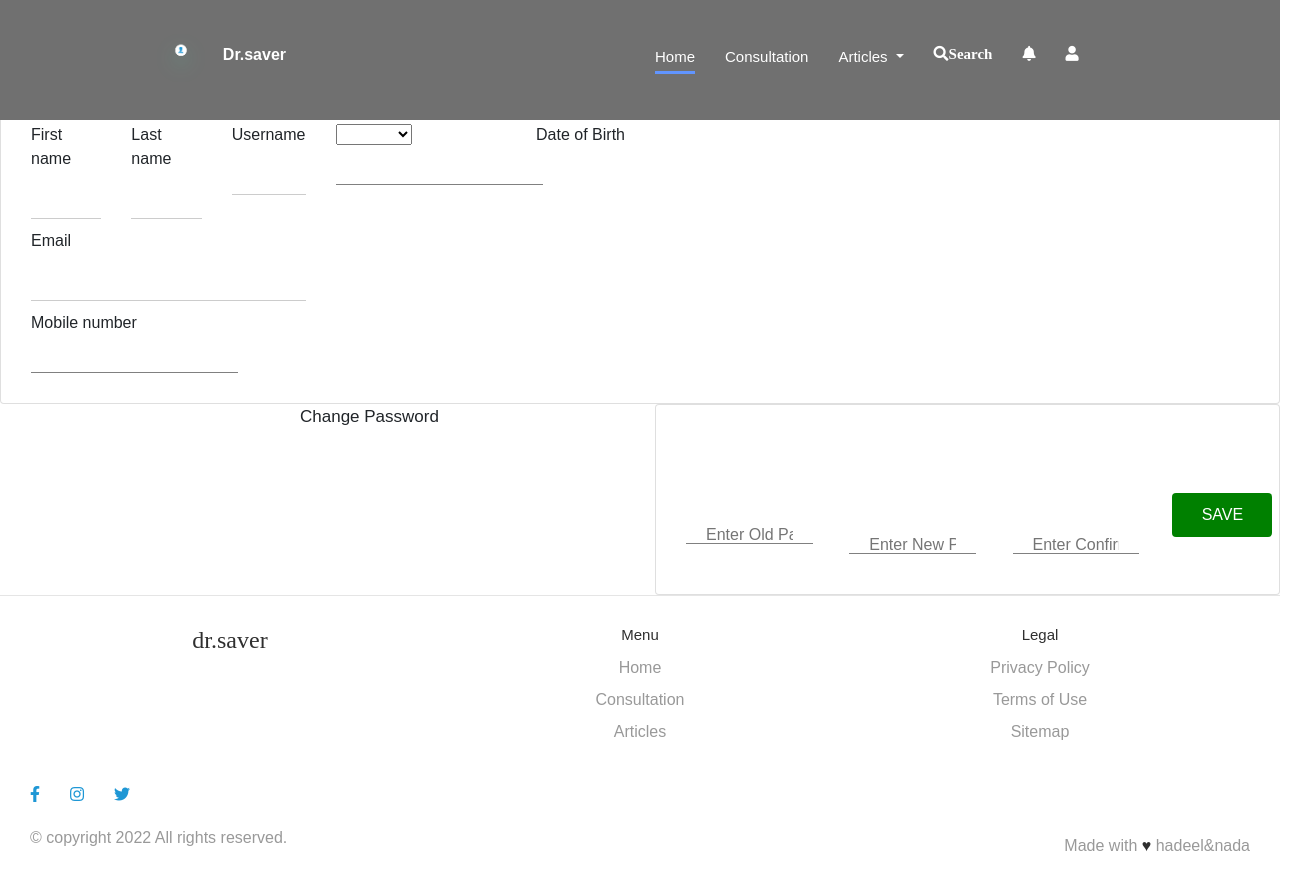
Repository: nsra/hadeel_doctor_system
Page: patient/Pprofile.html
These files come from the project's save history. The page is drawn as it stood at one moment and after a run of saves; the edit follows.
The browser window is 1280 px wide. The page is 1295 px wide, so the pictures cover 1295 px, including what lies to the right of the window. The pictures show the whole page.
Some web fonts or font styles are not loaded; a fallback is used. Some web libraries are served in a nearby version.

Above is the page before, as saved 2022-03-25 14:20:27.

### patient/Pprofile.html
<!DOCTYPE html>
<html lang="en">
<head>
    <meta charset="UTF-8">
    <meta http-equiv="content-type" content="text/html; charset=UTF-8">
    <title>DrSaver</title>
    <link rel="shortcut icon" href="../assets/img/doctor.png" type="image/x-icon">
    <link rel="stylesheet" href="https://maxcdn.bootstrapcdn.com/bootstrap/4.0.0/css/bootstrap.min.css" integrity="sha384-Gn5384xqQ1aoWXA+058RXPxPg6fy4IWvTNh0E263XmFcJlSAwiGgFAW/dAiS6JXm" crossorigin="anonymous">
    <link rel="stylesheet" href="https://pro.fontawesome.com/releases/v5.10.0/css/all.css" integrity="sha384-AYmEC3Yw5cVb3ZcuHtOA93w35dYTsvhLPVnYs9eStHfGJvOvKxVfELGroGkvsg+p" crossorigin="anonymous"/>
    <link rel="stylesheet" href="../assets/css/style.css" type="text/css">
    <link rel="preconnect" href="https://fonts.gstatic.com">
    <link href="https://fonts.googleapis.com/css2?family=Tajawal:wght@700&display=swap" rel="stylesheet">
    <meta name="viewport" content="width=device-width, initial-scale=1, shrink-to-fit=no">
</head>
<body>

    <!--header-->
    <div class="header" style=" background-color: #707070;">
         <div class="container" >
<div class="header-content">
    <div class="logo">
        <img src=" ../assets/img/l2.png"  alt="logo image" draggable="false">
        <b>Dr.saver</b>
     </div>
       <ul class="nav">
         <li><a href="#" class="active">Home</a></li>
         <li><a href="#" >Consultation</a></li>
           <li class="nav-item dropdown">
            <a class="nav-link dropdown-toggle" href="#" id="navbarDropdown" role="button" data-toggle="dropdown" aria-haspopup="true" aria-expanded="false">
                Articles
            </a>
            <div class="dropdown-menu" aria-labelledby="navbarDropdown">
              <a class="dropdown-item" href="#">Action</a>
              <a class="dropdown-item" href="#">Another action</a>
              <div class="dropdown-divider"></div>
              <a class="dropdown-item" href="#">Something else here</a>
            </div>
          </li>
         <li><a href="#"class="icon fa fa-search fa-2x" >Search</a></li>

 <li><a href="#"class="icon fa fa-bell" >  </a></li>
          <li><a href="#"class="icon fa fa-user fa-2x" > </a></li>






     </ul>
     <div class="clear"></div>
</div>
  </div>
    </div>
     <!--profile section-->

        <main class="mn-inner">
            <div class="row">

                <div class="col s12 m12 l12">
                    <div class="card">
                        <div class="card-content">
                            <form id="example-form" method="post" name="updatemp">
                                <div>
                                    <h3>Personal Profile</h3>

                                    <section>
                                        <div class="wizard-content">
                                            <div class="row">
                                                <div class="col m6">
                                                    <div class="row">


<div class="input-field col m6 s12">
<label for="firstName">First name</label>
<input id="firstName" name="firstName"  "  type="text" required>
</div>

<div class="input-field col m6 s12">
<label for="lastName">Last name </label>
<input id="lastName" name="lastName" value="" type="text" autocomplete="off" required>
</div>

<div class="input-field col s12">

<label for="userName">Username </label>
<input id="userName" name="userName" value="" type="text" autocomplete="off" required>
    </div>

<div class="input-field col s12">
<label for="email">Email</label>
<input  name="email" type="email" id="email" value=" " readonly autocomplete="off" required>
<span id="emailid-availability" style="font-size:12px;"></span>
</div>

<div class="input-field col s12">
<label for="phone">Mobile number</label>
<input id="phone" name="mobileno" type="tel" value=" " maxlength="10" autocomplete="off" required>
</div>

</div>
</div>

<div class="col m6">
<div class="row">
<div class="input-field col m6 s12">
<select  name="gender" autocomplete="off">
<option value=""></option>
<option value="Male">Male</option>
<option value="Female">Female</option>

</select>
</div>
<label for="birthdate">Date of Birth</label>
<div class="input-field col m6 s12">

<input id="birthdate" name="dob"  class="datepicker" value="" >
</div>


                                                    </div>
                                                </div>
                                            </div>
                                        </div>
                                    </section>


                                    </section>
                                </div>
                            </form>
                        </div>
                    </div>
                </div>
            </div>


        <div class="row">
        <br>
            <div class="col s12">
            <div class="page-title" style="  padding-left: 300px;   font-size: 17px;">Change Password</div>
            </div>
            <div class="col s12 m12 l6">
                <div class="card">
                    <div class="card-content">

                        <div class="row">
                        <form class="col s12" name="chngpwd" method="post">

                                <div class="row">
                                    <div class="input-field col s12">

<input id="password" type="password" placeholder="Enter Old Password" style="width:95%;padding-top:40px;margin-left:30px;border:none;border-bottom:1px solid gray;padding-bottom:8px;outline:none"  class="validate" autocomplete="off" name="password"  required>

                                    </div>

<div class="input-field col s12">

<input id="password" type="password" placeholder="Enter New Password"  name="newpassword" class="validate" style="width:95%;padding-top:40px;margin-left:30px;border:none;border-bottom:1px solid gray;padding-bottom:8px;margin-top:20px;outline:none" autocomplete="off" required>

                                    </div>

<div class="input-field col s12">

<input id="password" type="password"placeholder="Enter Confirm Password" name="confirmpassword" class="validate" autocomplete="off"style="width:95%;padding-top:40px;margin-left:30px;border:none;border-bottom:1px solid gray;padding-bottom:8px;margin-top:20px;outline:none" required>

</div>
<br>
<br>
<div class="input-field col s12">
<center><button type="submit" name="change" style="background-color:green;padding:10px;color:#fff;margin-left:20px;width:100px;border:none;text-transform:uppercase" class="waves-effect waves-light btn indigo m-b-xs" onclick="">Save</button></center>

</div>




                                </div>

                            </form>
                        </div>
                    </div>
                </div>



            </div>

        </div>
    </main>

<div class="left-sidebar-hover"></div>




    <!--footer section-->
<footer class="footer">
    <div class="footer__addr">
      <h1 class="footer__logo">Dr.saver</h1>


    </div>

    <ul class="footer__nav">
      <li class="nav__item">
        <h2 class="nav__title">Menu</h2>

        <ul class="nav__ul">
          <li>
            <a href="#">Home</a>
          </li>

          <li>
            <a href="#">Consultation</a>
          </li>

          <li>
            <a href="#">Articles</a>
          </li>
        </ul>
      </li>

      <li class="nav__item">
        <h2 class="nav__title">Legal</h2>

        <ul class="nav__ul">
          <li>
            <a href="#">Privacy Policy</a>
          </li>

          <li>
            <a href="#">Terms of Use</a>
          </li>

          <li>
            <a href="#">Sitemap</a>
          </li>
        </ul>
      </li>
    </ul>
    <div class="row">

        <div class="  col-lg-5 ">

            <div class="row float-left">
                <div class="socialItem">
                    <i class="fab fa-facebook-f"></i>
                </div>
                <div class="socialItem">
                    <i class="fab fa-instagram"></i>
                </div>
                <div class="socialItem">
                    <i class="fab fa-twitter"></i>
                </div>


            </div>
        </div>
    </div>
    <div class="legal">
      <p> &copy; copyright 2022 All rights reserved.</p>

      <div class="legal__links">
        <span>Made with <span class="heart">♥</span> hadeel&nada</span>
      </div>

    </div>
  </footer>
</body>
</html>

### assets/css/style.css
 /*common*/


.overlay{
    position:absolute;
    width:  100%;
    height: 100%;
    top: 0;
    left: 0;
    background-color: rgba(3, 3, 3, 0.7);
}
.hover-opacity{
    transition: opacity .5s;
}
.hover-opacity:hover{
opacity: 0.8;
}

/*general css*/
:root{
    --maincolor:#6195ff;
}
*{
    margin: 0;
    padding: 0;
    box-sizing: border-box;
}
ul{
    list-style: none;
}
.container{
    width: 80%;

    margin: auto;/*elment in the center*/
}
body{
    font-family: 'Varela Round', sans-serif;
}
.clear{
    clear: both;
}
h1,h2,h3,h4,h5,h6{
    font-family: montserrat,sans-serif;
}
button{
    font-family: inherit;
}
a{
    text-decoration: none;
}
.pd-y{
    padding: 120px 0;
}
.section-header{
    text-align: center;
    margin-bottom: 20px;
}
.section-header .section-title{
    font-size: 35px;
    text-transform: capitalize;
    margin-bottom: 10px;
}
.section-header .line{
display: block;
height: 5px;
width: 60px;
margin: 0 auto 70px auto;
background-color: var(--maincolor);
}

.ltr-effect,.tb-effect{
    position: relative;
}
.ltr-effect::after,.tb-effect::after{
position: absolute;
content: "";
top: 0;
right: 0;
left: 0;
bottom: 0;
background: #333;
z-index:-1 ;

}
.ltr-effect:hover::after{
width: 100%;
}
.ltr-effect::after{
    width: 0;
    transition: width 0.5s;
}
.tb-effect::after{
 height: 0;
 transition: height 0.5s;

}
.tb-effect:hover::after{
height: 100%;
}
/* header*/
.header{
    position:fixed;
    width: 100%;
    z-index: 15;


  }

 b{
     color: #ffff;

 }
.header .logo{
    width: 50%;
  float: left;

}
.header .logo img{
    width: 15%;
    margin-top: 5px;

}
.header .nav{
    width: 50%;
    float: left;
    list-style: none;
    text-align: right;
}
.header .nav > li{
    display: inline-block;

    text-align: right;
}
.header .nav > li > a{
    color: #fff;
    font-size: 15px;

    display: block;
    padding: 30px 15px;
}

.header .nav > li > a.active:after{
content: "";
display: block;
margin-top: 2px;
height: 3px;
background-color: #6195ff;
transition: width 0.5s;

}
.header .nav > li > a.active:after{
    width: 100%;
}

.header .nav > li > a:after{
width: 0;
}
.header .nav > li > a:hover::after{
    width: 100%;
    }
    .dropdown{
        position: relative;
    }
    .dropdown-menu{
        position: absolute;
        background: #6195ff;
        width: 150px;
        text-align: right;
        left: -50%;
        top: 70%;
        opacity: 0;
        visibility: hidden;
        transition: opacity 0.5s;
    }
    .dropdown-menu a{
        color:#fff;
        display: block;
        padding: 10px;

    }
    .dropdown:hover .dropdown-menu{
        opacity: 1;
        visibility:visible;
    }
/*Home section*/
.home{
    height: 100vh;
    background-image: url(../img/background.png);
    background-size: cover;
    position: relative;
}
.home-content{
    position: absolute;
    width: 65%;
    top: 50%;
    left: 50%;
    transform: translate(-50%,-50%);
    text-align: left;
}
.home .title{

margin: 20px 0;
color: var(--maincolor);
letter-spacing: 2px;
line-height: 1.5;
}
.home .home-desc{
    color: #fff;
    font-size: 3.5rem;
    text-transform: uppercase;
}
.home .btn{
    max-width: 150px;
    padding: 15px 0;
    border-radius: 5px;
    border: 0;
    cursor: pointer;
    font-size: 18px;
}

.home .btn-learn{
    background-color: #6195ff;
    color:#fff;

}

nav{
    font-size: 18px;
}
.navbar-light .navbar-brand{
    font-size: 32px;
 }

.navbar-light .navbar-nav .nav-link{
    color: black;
}

 #cplue{
     color:#1E97D5 ;
 }
 .bplue{
background-color: #dce0e4;
 color: #1E97D5;
 }
 .fleft{
     position: relative;
     margin-top: 11%;
    margin-right: 20%;
 }
 .fright{
     position:absolute;
     right:20%;
     top: 20%;
 }
 .pcol{
     color: rgb(189, 185, 185);
     font-size: small;
 }

/*About section*/

.about-content{
    overflow: hidden;
}
.about-item{
     width: 30%;
    float: left;
text-align: center;
border: 1px solid #e8e8e8;
padding: 50px 20px;
}

.about-item.mg{
    margin: 0 5%;
}
.about-item:hover .about-item-title{
    color: #fff;
}
.about-item .icon{
    color: #6195ff;
    margin-bottom: 10px;
}
.about-item-title{
    text-transform: capitalize;
    margin-bottom: 10px;
    transition: color 0.5s;
}
.about-item-desc{
    line-height: 1.6;
    margin-bottom: 10px;
    color:#999 ;
}
.about-item-link{
color: #6195ff;
text-transform: capitalize;
}

/*number section*/
.numbers{
    position: relative;
    background-image: url(../img/background.png);
    background-size: cover;
    background-attachment: fixed;
    height: 300px;
}
.numbers-item{
    overflow: hidden;

}
.number-item{
width: 25%;
float: left;
text-align: center;
}
.number-item .icon{
    color: #6195ff;
    margin-bottom: 15px;
}
.number-item-title{
    font-weight: bold;
    font-size: 30px;
    color: #fff;

}
.number-item-text{
    color: #fff;
}

/*Blog page*/
.blog{
    background: #f9f9f9;
}

.blog-content{
    overflow: hidden;
}
.blog-item{
    width: 30%;
    float: left;
    background: #fff;
}
.blog-item-img img{
width: 100%;
}

.blog-info{
    padding: 20px;
}

.blog-list{
    list-style: none;
    margin: 20px 0;
}
.blog-list li{
    display: inline-block;
    margin: 0 5px;
}
.blog-list li i{
    color: #6195ff;
}
.blog-title{
    font-weight: bold;
    margin: 20px 0;
}
.blog-desc{
    color: #999;
    margin-bottom: 10px;
    line-height: 1.5;
}
.blog-link{
    color: #6195ff;
}
.blog-item.mg{
    margin: 0 5%;
}

/*contact section*/

/*footer section*/
.footer{
    background: #1c1d23;
    text-align: center;
    padding: 60px 0;
}
.footer-links{
    list-style: none;
    margin: 20px 0;
}
.footer-links li{
    display: inline-block;

}
.footer-links li a{
    display: block;
    width: 50px;
    height: 50px;
    background: #6195ff;
    color: #fff;
    margin: 0 5px;
    border-radius: 50%;
}
.footer-links li a i{
    line-height: 50px;
}

.footer .copyright{
    color: #999;
    font-size: 15px;
    text-transform: uppercase;
}

 /********login******/


  /* Full-width inputs */
  input[type=text], input[type=password] ,input[type=email],input[type=number],input[type=date],input[type=submit]{
    width: 100%;
    padding: 12px 20px;
    margin: 10px 0 ;

    display:flex;
    border: none;
    border-bottom: 1px solid #ccc;

  }

  /* Set a style for all buttons */
  button {
    background-color: #1E97D5;
    color: white;
    padding: 14px 20px;
    margin: 8px 0;
    border: none;
    cursor: pointer;
    width: 40%;

    border-radius: 5px;
  }

  /* Add a hover effect for buttons */
  button:hover {
    opacity: 0.8;
  }



  /* Add padding to containers */
  .container {
    padding: 16px;

  }

  .psw{
      margin-left: 60px;
  }
  .signbtn{
      color: #000;
      background-color: #fff;
      border: 1px solid #1E97D5;
  }
  .signbtn:hover{
    background-color: #1E97D5;
    opacity: 0.8;
  }
  .fname{
    position: relative;
  margin-right: 10%;
  }
  .lname {
    position: absolute;
    top: 20%;
    left: 50%;
  }

  /* Change styles for span and cancel button on extra small screens */
  @media screen and (max-width: 300px) {
    span.psw {
      display: block;
      float: none;
    }
    .cancelbtn {
      width: 100%;
    }
  }

.rate{
    margin: 10px;
    float: left;
    background: #eeeeee;
    border-radius: 30px;
}
.rate i{
    color: #ffdb00;
}

.footer {
    display: flex;
    flex-flow: row wrap;
    padding: 30px 30px 20px 30px;
    color: #2f2f2f;
    background-color: #fff;
    border-top: 1px solid #e5e5e5;
  }

  .footer > * {
    flex:  1 100%;
  }

  .footer__addr {
    margin-right: 1.25em;
    margin-bottom: 2em;
  }

  .footer__logo {
    font-family: 'Pacifico', cursive;
    font-weight: 400;
    text-transform: lowercase;
    font-size: 1.5rem;
  }

  .footer__addr h2 {
    margin-top: 1.3em;
    font-size: 15px;
    font-weight: 400;
  }

  .nav__title {
    font-weight: 400;
    font-size: 15px;
  }

  .footer address {
    font-style: normal;
    color: #999;
  }

  .footer__btn {
    display: flex;
    align-items: center;
    justify-content: center;
    height: 36px;
    max-width: max-content;
    background-color: rgb(33, 33, 33, 0.07);
    border-radius: 100px;
    color: #2f2f2f;
    line-height: 0;
    margin: 0.6em 0;
    font-size: 1rem;
    padding: 0 1.3em;
  }

  .footer ul {
    list-style: none;
    padding-left: 0;
  }

  .footer li {
    line-height: 2em;
  }

  .footer a {
    text-decoration: none;
  }

  .footer__nav {
    display: flex;
      flex-flow: row wrap;
  }

  .footer__nav > * {
    flex: 1 50%;
    margin-right: 1.25em;
  }

  .nav__ul a {
    color: #999;
  }

  .nav__ul--extra {
    column-count: 2;
    column-gap: 1.25em;
  }

  .legal {
    display: flex;
    flex-wrap: wrap;
    color: #999;
  }

  .legal__links {
    display: flex;
    align-items: center;
  }

.social{
    padding-top: 50px;
    margin-left: 700px;

}
.socialItem{
   color: #1E97D5;
    border-radius: 50%;
    line-height: 2;
    margin: 15px;
}
.socialItem:hover{
    background: #6db4e4;
    border:  2px white;

}
  .heart {
    color: #2f2f2f;
  }

  @media screen and (min-width: 24.375em) {
    .legal .legal__links {
      margin-left: auto;
    }
  }

  @media screen and (min-width: 40.375em) {
    .footer__nav > * {
      flex: 1;
    }

    .nav__item--extra {
      flex-grow: 2;
    }

    .footer__addr {
      flex: 1 0px;
    }

    .footer__nav {
      flex: 2 0px;
    }
  }
/******** about page ***********/
.heroSection img{
    border-radius: 30px;
}
/******** Pprofile page ***********/

.sidebar {
  margin: 0;
  padding: 0;
  width: 15%;
  background-color: #8ed2fa;
  position: fixed;
  height: 100%;
  overflow: auto;
}

.sidebar a {
  display: block;
  color: black;
  padding: 16px;
  text-decoration: none;
}

@media screen and (max-width: 700px) {
  .sidebar {
    width: 100%;
    height: auto;
    position: relative;
  }
  .sidebar a {float: left;}
  div.content {margin-left: 0;}
}

@media screen and (max-width: 400px) {
  .sidebar a {
    text-align: center;
    float: none;
  }
}




.topnav {

  background-color: #2ca7ee;
  overflow: hidden;
   color: white;
   align-items: center;
}
.update{

border: none;
margin-left: 100px;
color: white;
padding: 15px 32px;
text-align: center;
text-decoration: none;
display: inline-block;
font-size: 16px;
}
 .col s12{
margin-top: 6px;
margin: auto;
display: block;
 }
 ul{
  list-style-type: none;
 }


form{
display: flex;

width: 50%;
height: 90%;
margin-top:50px;
padding:30px;
display: flex;

flex-direction: column;
justify-content: space-around;
border-radius: 5px;
}
input{
height: 30px;
border:none;
border-bottom: 1px solid gray;
outline: none;
}

After the next 4 saves:
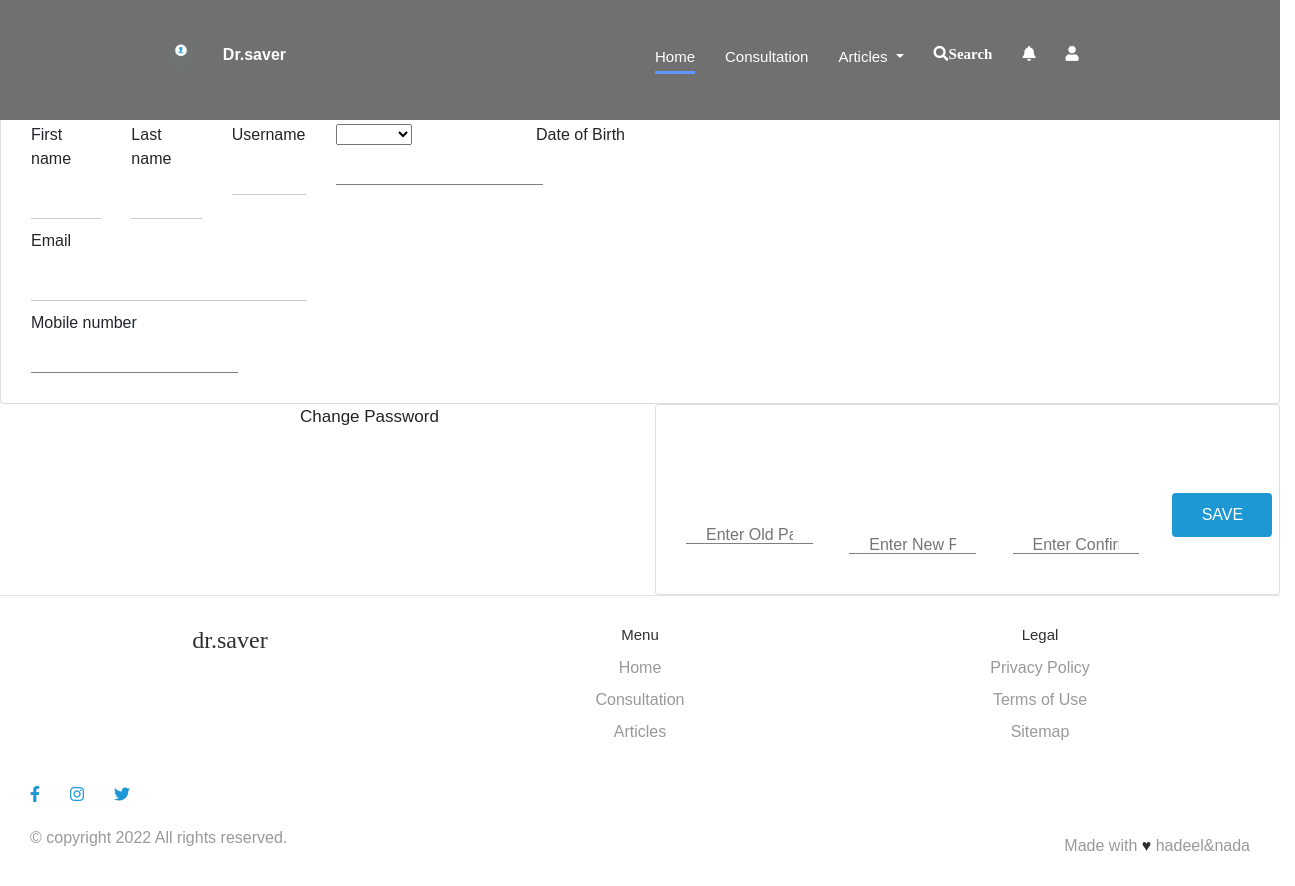
The 4 saves are shown as one change because they came seconds apart.
The last was saved 19 s later.
--- a/patient/Pprofile.html
+++ b/patient/Pprofile.html
@@ -166,7 +166,7 @@
 <br>
 <br>
 <div class="input-field col s12">
-<center><button type="submit" name="change" style="background-color:green;padding:10px;color:#fff;margin-left:20px;width:100px;border:none;text-transform:uppercase" class="waves-effect waves-light btn indigo m-b-xs" onclick="">Save</button></center>
+<center><button type="submit" name="change" style="background-;padding:10px;color:#fff;margin-left:20px;width:100px;border:none;text-transform:uppercase" class="waves-effect waves-light btn indigo m-b-xs" onclick="">Save</button></center>
 
 </div>
 
